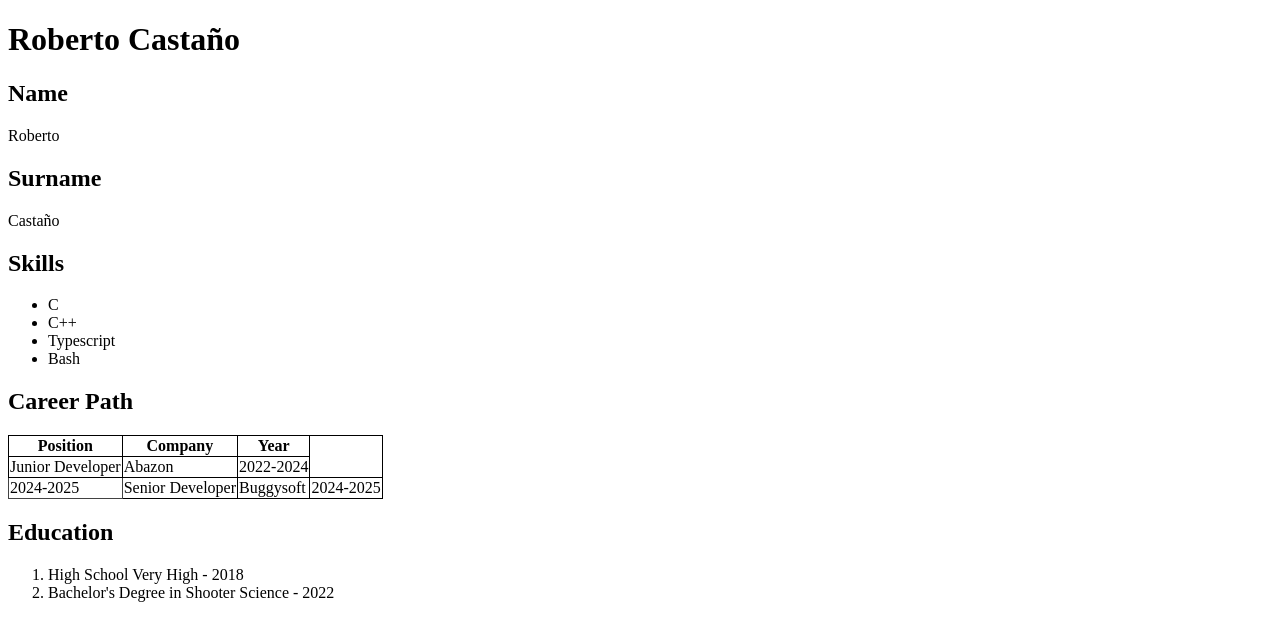
Repository: cronopi/django
Page: Training-Python-Django-0 1/ex01/cv.html
An editor plug-in stored every save of this project. The page is shown before and after the next save, followed by the edit.
The browser window is 1280 px wide. The pictures show the whole page.

Above is the page before, as saved 2026-03-10 12:46:36.

After the next save:
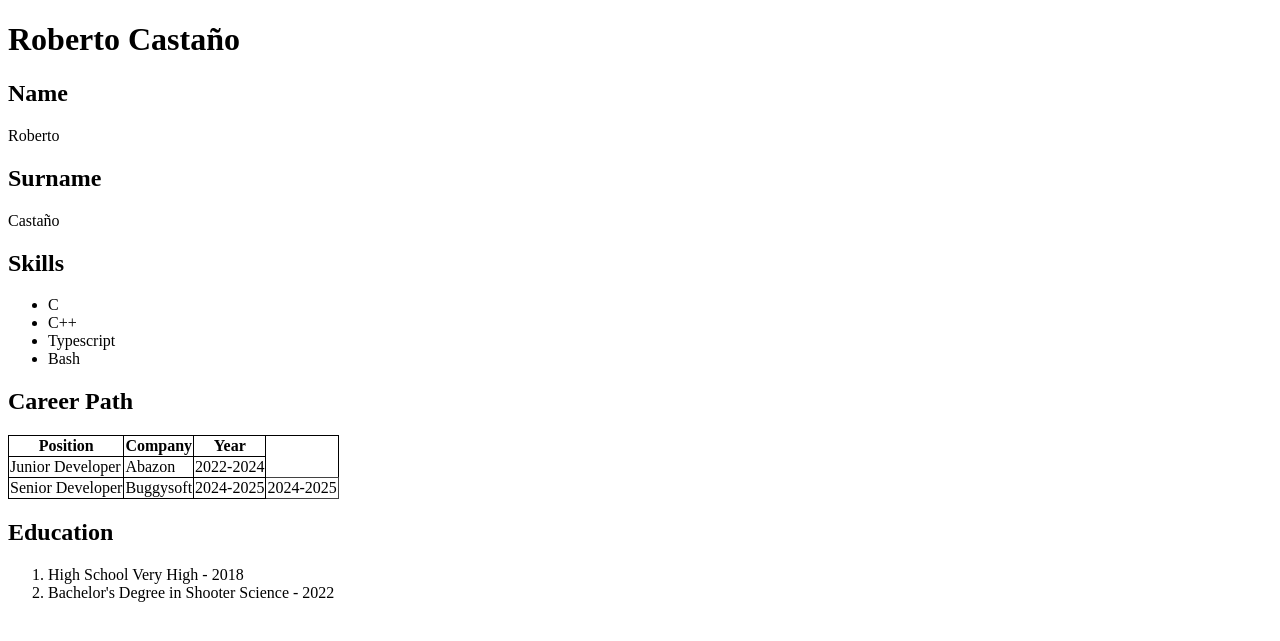
Saved 21 s later.
--- a/Training-Python-Django-0 1/ex01/cv.html
+++ b/Training-Python-Django-0 1/ex01/cv.html
@@ -45,10 +45,10 @@
 			<td>2022-2024</td>
 		</tr>
 		<tr>
-			<td style="border-color: #424242;">2024-2025</td>
 			<td>Senior Developer</td>
 			<td>Buggysoft</td>
 			<td>2024-2025</td>
+			<td style="border-color: #424242;">2024-2025</td>
 		</tr>
 	</table>
 
